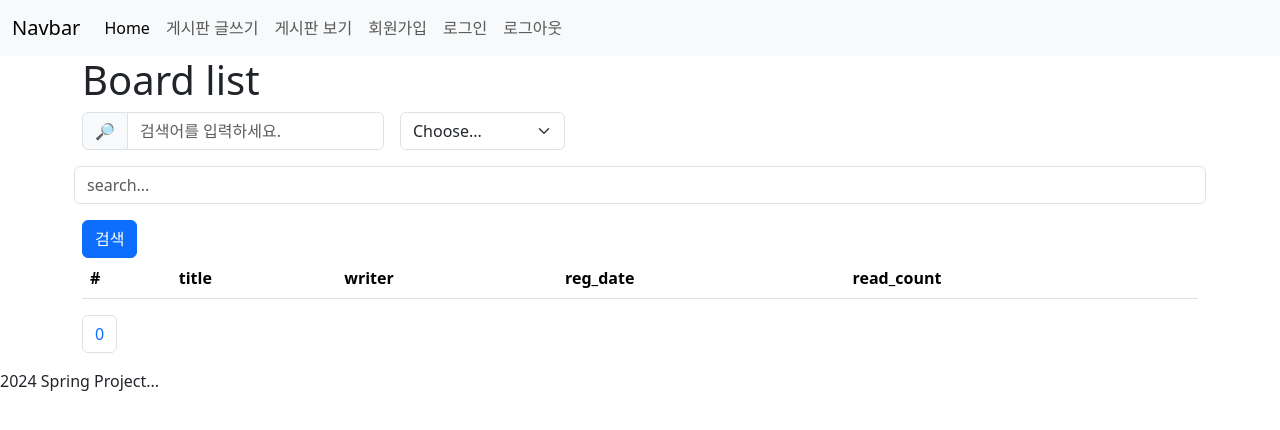
Repository: leegangjin/springTest240430
Page: http://localhost/spring_study/WEB-INF/views/board/list.jsp
The author's editor kept a copy of each file at every save. The page is drawn from the files as they stood at one save, then again after a run of saves.
The browser window is 1280 px wide. The pictures show the whole page.
The page is served by Tomcat 9. Nobody is signed in. The template is opened directly, without the code that normally fills it, so the values that code supplies are empty.

Above is the page before, as saved 2024-04-25 03:06:15.

### spring_study/src/main/webapp/WEB-INF/views/board/list.jsp
<%@ page language="java" contentType="text/html; charset=UTF-8"
    pageEncoding="UTF-8"%>
  <%@ taglib uri="http://java.sun.com/jsp/jstl/core" prefix="c" %>

<jsp:include page="../layout/header.jsp"></jsp:include>
<div class="container-md">
	<h1>Board list</h1>
	<!-- 검색 -->
	<form action="/board/list" method="get" class="row row-cols-lg-auto g-3 align-items-center">
  <div class="col-12">
    <label class="visually-hidden" for="inlineFormInputGroupUsername">Username</label>
    <div class="input-group">
      <div class="input-group-text">🔎</div>
      <input type="text" class="form-control" id="inlineFormInputGroupUsername" placeholder="검색어를 입력하세요.">
    </div>
  </div>

  <div class="col-12">
    <label class="visually-hidden" for="inlineFormSelectPref">Preference</label>
    <select class="form-select" id="inlineFormSelectPref">
      <option selected>Choose...</option>
      <option value="t">Title</option>
      <option value="w">Writer</option>
      <option value="c">Content</option>
      <option value="tc">title&content</option>
      <option value="wc">writer&content</option>
      <option value="tw">title&writer</option>
      <option value="twc">all</option>
    </select>
  </div>

  <input type="text" name="keyword" class="form-control" placeholder="search..." aria-label ="Recipien">
  <input type="hidden" name="pageNo"   value="1">
  <input type="hidden" name="qty"   value="10">


  <div class="col-12">
    <button type="submit" class="btn btn-primary">검색</button>
  </div>
</form>
	<table class="table table-hover">
		<thead>
			<tr>
				<th>#</th>
				<th>title</th>
				<th>writer</th>
				<th>reg_date</th>
				<th>read_count</th>
			</tr>
		</thead>
		<tbody>
			<c:forEach items="${list }" var="bvo">
			<tr>
				<td>${bvo.bno }</td>
				<td><a href="/board/detail?bno=${bvo.bno}">${bvo.title }</a></td>
				<td>${bvo.writer }</td>
				<td>${bvo.reg_date }</td>
				<td>${bvo.read_count }</td>
			</tr>
			</c:forEach>
		</tbody>
	</table>

	<!-- 페이지네이션 -->
	<nav aria-label="Page navigation example">
  <ul class="pagination">
 	<c:if test="${ph.prev }">
    <li class="page-item">
      <a class="page-link" href="/board/list?pageNo=${ph.startPage-1 }&qty=${ph.pgvo.qty}" aria-label="Previous">
        <span aria-hidden="true">&laquo;</span>
      </a>
    </li>
 </c:if>
<c:forEach begin="${ph.startPage }" end="${ph.endPage }" var="i">
    <li class="page-item"><a class="page-link" href="/board/list?pageNo=${i }&qty=${ph.pgvo.qty}">${i }</a></li>
    </c:forEach>

	<c:if test="${ph.next }">
    <li class="page-item">
      <a class="page-link" href="/board/list?pageNo=${ph.endPage+1 }&qty=${ph.pgvo.qty}" aria-label="Next">
        <span aria-hidden="true">&raquo;</span>
      </a>
    </li>
    </c:if>
  </ul>
</nav>
</div>
<jsp:include page="../layout/footer.jsp"></jsp:include>

### spring_study/src/main/webapp/WEB-INF/views/layout/header.jsp
<%@ page language="java" contentType="text/html; charset=UTF-8"
    pageEncoding="UTF-8"%>
<!DOCTYPE html>
<html>
<head>
<meta charset="UTF-8">
<title>header.jsp</title>
</head>
<link href="https://cdn.jsdelivr.net/npm/bootstrap@5.3.3/dist/css/bootstrap.min.css" rel="stylesheet" integrity="sha384-QWTKZyjpPEjISv5WaRU9OFeRpok6YctnYmDr5pNlyT2bRjXh0JMhjY6hW+ALEwIH" crossorigin="anonymous">
<script src="https://cdn.jsdelivr.net/npm/bootstrap@5.3.3/dist/js/bootstrap.bundle.min.js" integrity="sha384-YvpcrYf0tY3lHB60NNkmXc5s9fDVZLESaAA55NDzOxhy9GkcIdslK1eN7N6jIeHz" crossorigin="anonymous"></script>
<body>
<nav class="navbar navbar-expand-lg bg-body-tertiary">
  <div class="container-fluid">
    <a class="navbar-brand" href="#">Navbar</a>
    <button class="navbar-toggler" type="button" data-bs-toggle="collapse" data-bs-target="#navbarSupportedContent" aria-controls="navbarSupportedContent" aria-expanded="false" aria-label="Toggle navigation">
      <span class="navbar-toggler-icon"></span>
    </button>
    <div class="collapse navbar-collapse" id="navbarSupportedContent">
      <ul class="navbar-nav me-auto mb-2 mb-lg-0">
        <li class="nav-item">
          <a class="nav-link active" aria-current="page" href="#">Home</a>
        </li>
        <li class="nav-item">
          <a class="nav-link" href="/board/register">게시판 글쓰기</a>
        </li>
        <li class="nav-item">
          <a class="nav-link" href="/board/list">게시판 보기</a>
        </li>
        <li class="nav-item">
          <a class="nav-link" href="#">회원가입</a>
        </li>
        <li class="nav-item">
          <a class="nav-link" href="#">로그인</a>
        </li>
        <li class="nav-item">
          <a class="nav-link" href="#">로그아웃</a>
        </li>
        </ul>
    </div>
  </div>
</nav>

### spring_study/src/main/webapp/WEB-INF/views/layout/footer.jsp
<%@ page language="java" contentType="text/html; charset=UTF-8"
	pageEncoding="UTF-8"%>
<!DOCTYPE html>
<html>
<head>
<meta charset="UTF-8">



<div class="mb-3" >2024 Spring Project...</div>
</body>
</html>

After the next 2 saves:
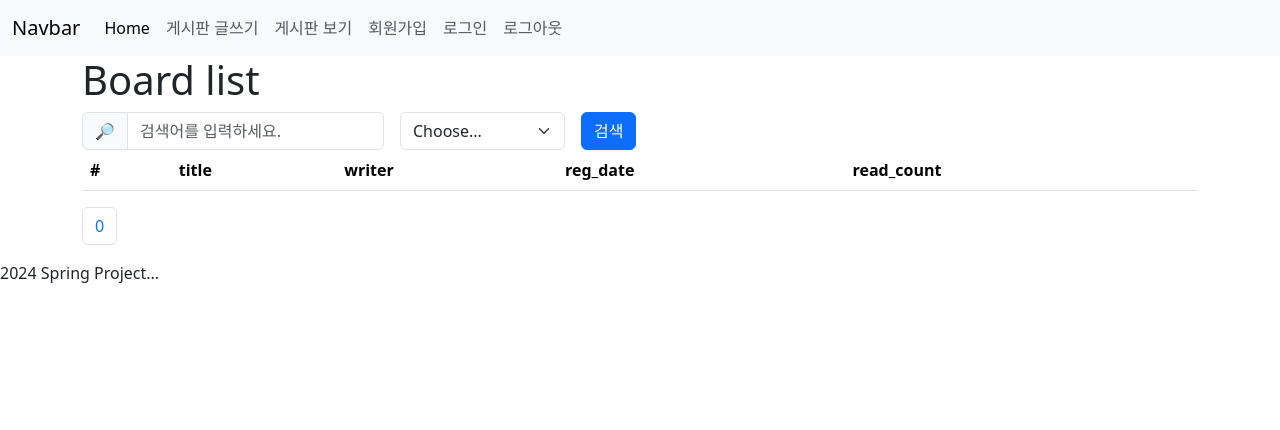
The 2 saves are shown as one change because they came seconds apart.
The last was saved 27 s later.
--- a/spring_study/src/main/webapp/WEB-INF/views/board/list.jsp
+++ b/spring_study/src/main/webapp/WEB-INF/views/board/list.jsp
@@ -11,7 +11,7 @@
     <label class="visually-hidden" for="inlineFormInputGroupUsername">Username</label>
     <div class="input-group">
       <div class="input-group-text">🔎</div>
-      <input type="text" class="form-control" id="inlineFormInputGroupUsername" placeholder="검색어를 입력하세요.">
+      <input type="text" name="keyword" class="form-control" id="inlineFormInputGroupUsername" placeholder="검색어를 입력하세요.">
     </div>
   </div>
 
@@ -29,7 +29,7 @@
     </select>
   </div>
 
-  <input type="text" name="keyword" class="form-control" placeholder="search..." aria-label ="Recipien">
+
   <input type="hidden" name="pageNo"   value="1">
   <input type="hidden" name="qty"   value="10">
 
